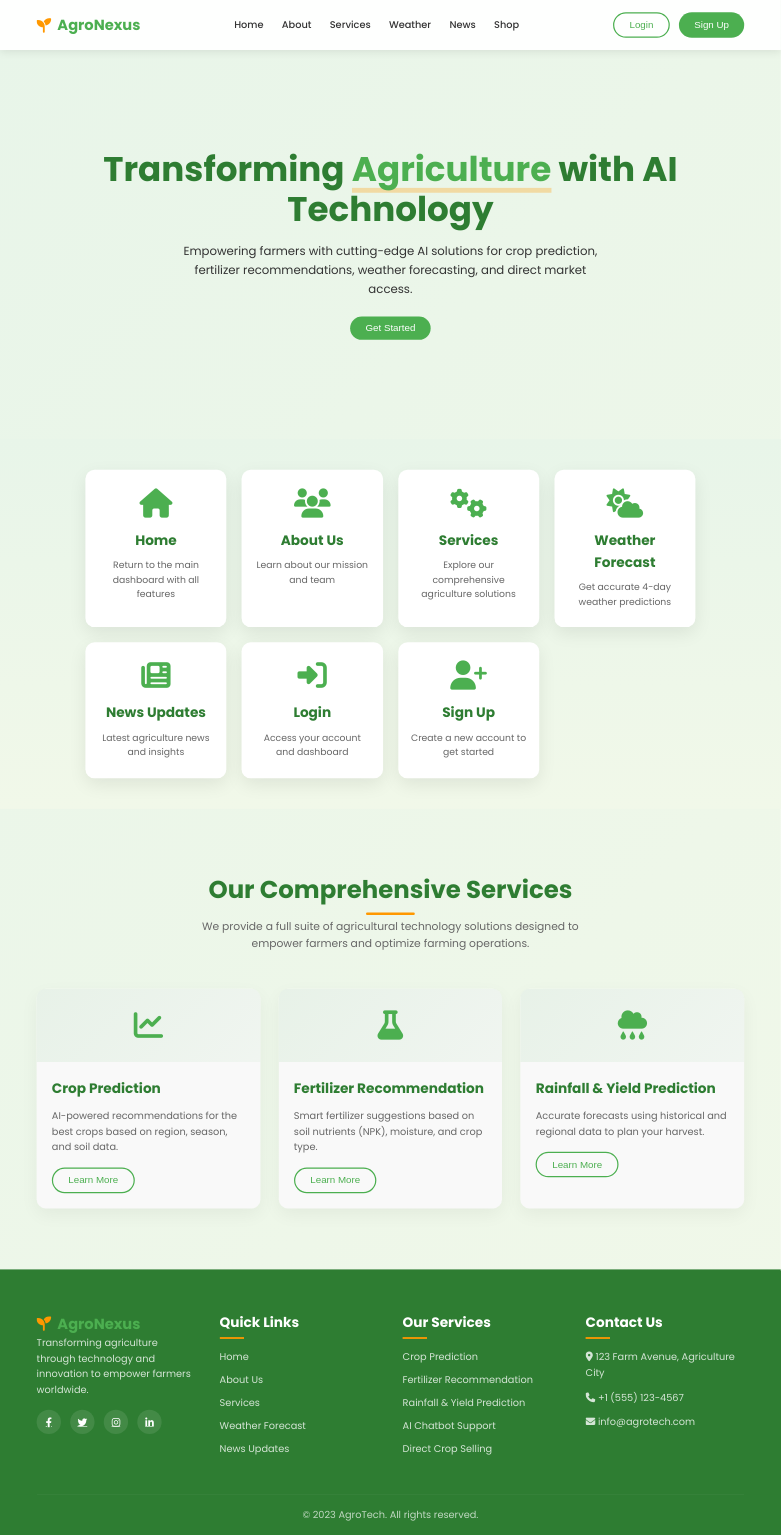
Repository: Sanika-ce/AgroNexus
Page: home.html
An editor plug-in stored every save of this project. The page is shown before and after the next save, followed by the edit.
The browser window is 1280 px wide. The pictures show the whole page, at 61% of full size.

Above is the page before, as saved 2025-08-02 13:57:16.

After the next save:
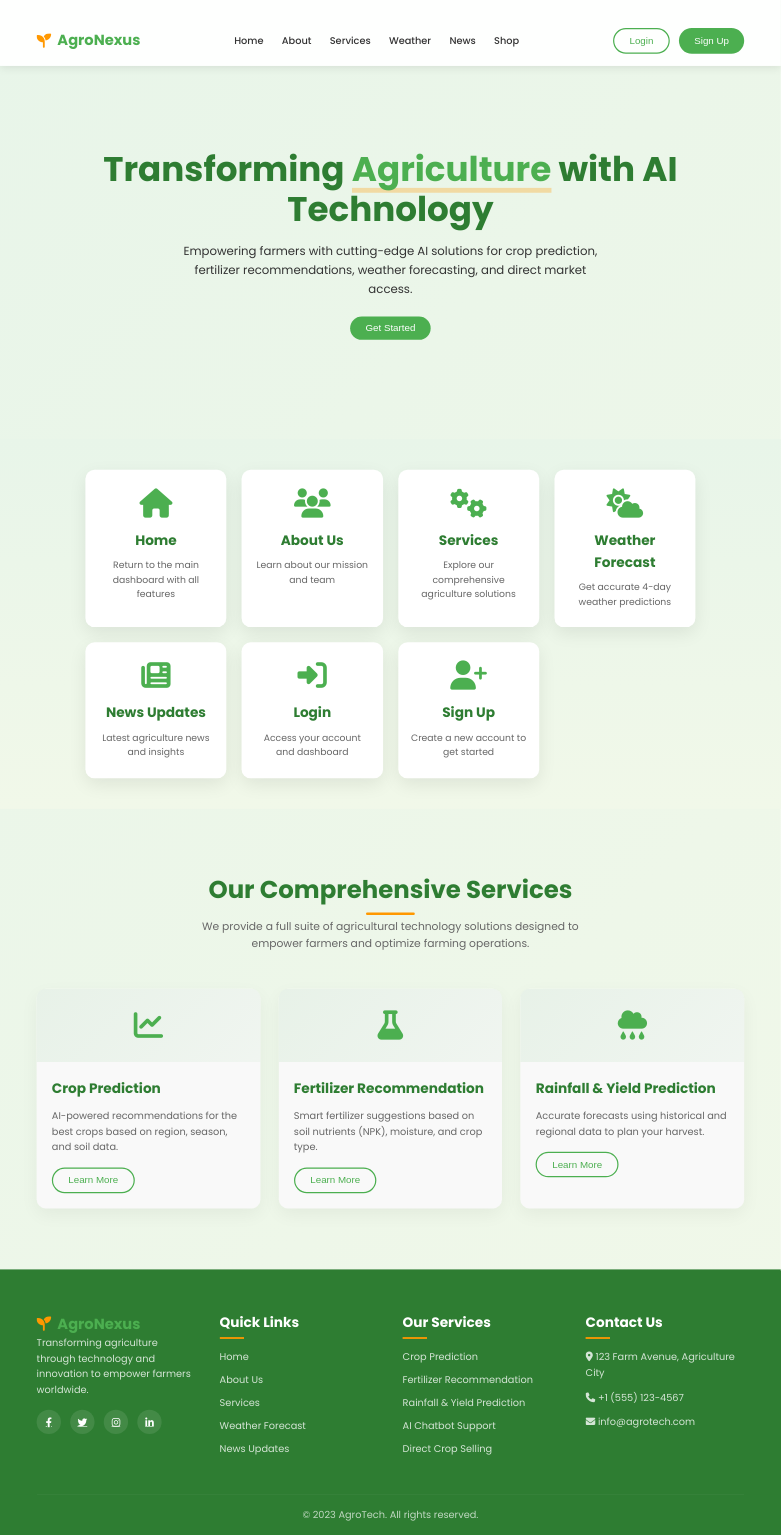
Saved 16 min 26 s later.
--- a/home.html
+++ b/home.html
@@ -12,8 +12,10 @@
     <!-- Header & Navigation -->
     <header>
         <div class="container">
+            <image></image>
             <nav>
                 <div class="logo">
+
                     <i class="fas fa-seedling"></i>
                     <span>AgroNexus</span>
                 </div>
